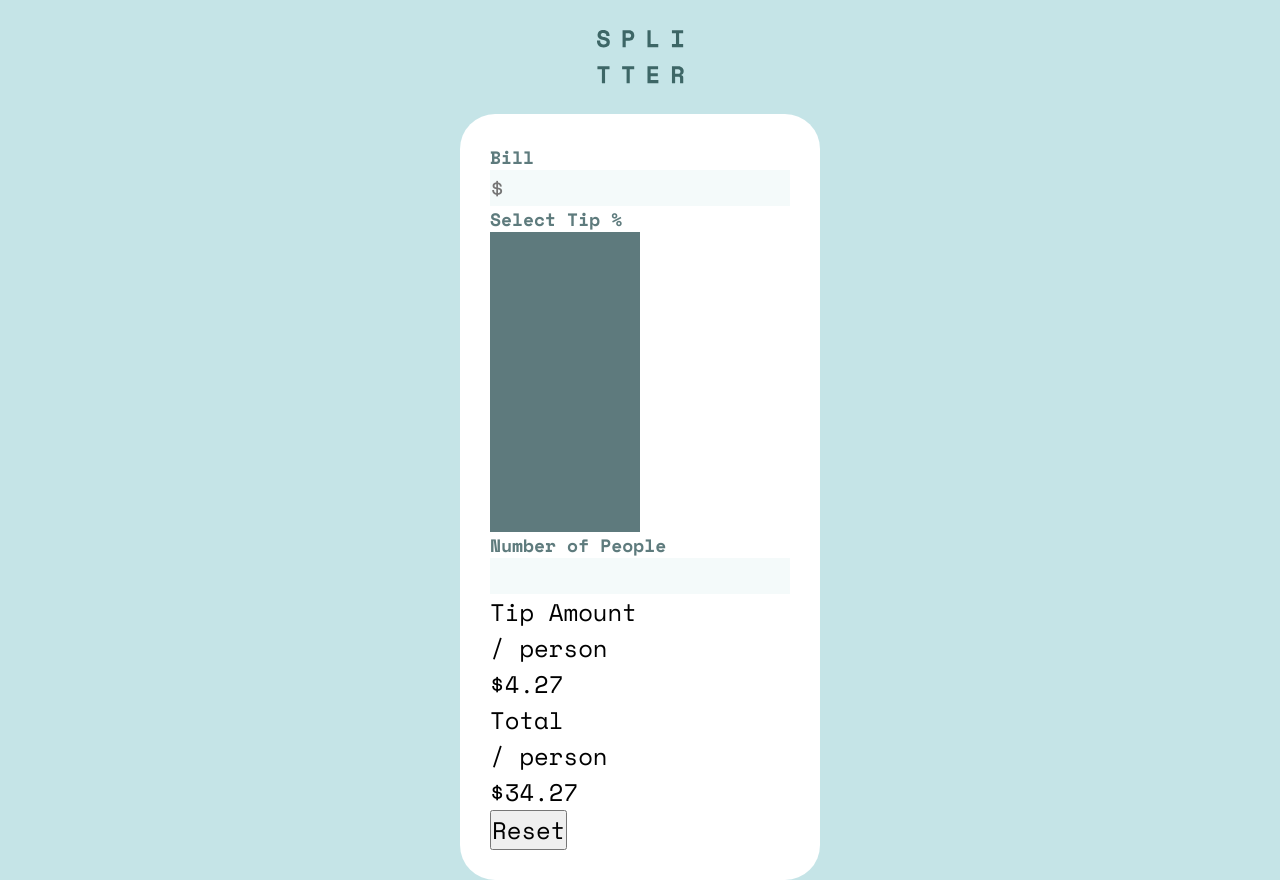
Repository: tomas938/tipcalculator
Page: /
These files come from the project's save history. The page is drawn as it stood at one moment and after the next save; the edit follows.
The browser window is 1280 px wide. The pictures show the whole page.
The project was rebuilt for these pictures with package versions that can differ from the ones it lists, and the page was loaded fresh each time.

Above is the page before, as saved 2021-08-03 22:08:35.

### src/App.vue
<template>
	<router-view />
</template>

<style lang="scss">
@import url("https://fonts.googleapis.com/css2?family=Space+Mono:wght@400;700&display=swap");
$strong-cyan: hsl(172, 67%, 45%);
$dark-cyan: hsl(186, 14%, 43%);
$grayish-cyan: hsl(184, 14%, 43%);
$lower-grayish-cyan: hsl(184, 14%, 56%);
$light-grayish-cyan: hsl(185, 41%, 84%);
$lighter-grayish-cyan: hsl(189, 41%, 97%);
$white: hsl(0, 0%, 100%);
* {
	margin: 0;
	padding: 0;
	box-sizing: border-box;
	font-family: "Space Mono", monospace;
	font-size: 24px;
}
body {
	background-color: hsl(185, 41%, 84%);
}
</style>

### src/views/Home.vue
<template>
	<div class="logo">
		<splitter></splitter>
	</div>
</template>

<script>
import Splitter from "../components/Splitter.vue";
export default {
	name: "Home",
	components: {
		Splitter,
	},
};
</script>
<style lang="scss" scoped></style>

### src/components/Splitter.vue
<template>
	<div class="splitter">
		<svg xmlns="http://www.w3.org/2000/svg" width="87" height="54">
			<path
				fill="#3D6666"
				d="M6.72 17.472c.944 0 1.792-.12 2.544-.36s1.392-.584 1.92-1.032a4.476 4.476 0 001.212-1.62c.28-.632.42-1.34.42-2.124v-.288c0-1.472-.464-2.584-1.392-3.336-.928-.752-2.272-1.288-4.032-1.608a14.615 14.615 0 01-1.74-.408c-.456-.144-.824-.308-1.104-.492-.28-.184-.476-.392-.588-.624a1.771 1.771 0 01-.168-.78c0-.56.232-1.004.696-1.332.464-.328 1.096-.492 1.896-.492.944 0 1.676.248 2.196.744.52.496.78 1.08.78 1.752v.576h3.168v-.864a5 5 0 00-.396-1.968 4.762 4.762 0 00-1.176-1.656C10.436 1.08 9.792.7 9.024.42 8.256.14 7.376 0 6.384 0c-.88 0-1.676.12-2.388.36s-1.32.576-1.824 1.008c-.504.432-.896.94-1.176 1.524-.28.584-.42 1.22-.42 1.908v.144c0 .832.144 1.536.432 2.112a3.978 3.978 0 001.212 1.44c.52.384 1.132.692 1.836.924.704.232 1.48.42 2.328.564.64.112 1.168.248 1.584.408.416.16.744.34.984.54s.408.424.504.672c.096.248.144.508.144.78 0 .576-.232 1.072-.696 1.488-.464.416-1.176.624-2.136.624-1.232 0-2.14-.3-2.724-.9-.584-.6-.876-1.404-.876-2.412v-.576H0v.72c0 .88.144 1.692.432 2.436a5.47 5.47 0 001.272 1.944c.56.552 1.26.984 2.1 1.296.84.312 1.812.468 2.916.468zm22-.336V10.8h3.408c.864 0 1.616-.144 2.256-.432a4.707 4.707 0 001.596-1.14 4.833 4.833 0 00.96-1.608c.216-.6.324-1.212.324-1.836v-.576c0-.608-.108-1.204-.324-1.788a4.625 4.625 0 00-.96-1.56A4.737 4.737 0 0034.384.756c-.64-.28-1.392-.42-2.256-.42h-6.576v16.8h3.168zm3.096-9.36H28.72V3.36h3.096c.704 0 1.26.192 1.668.576.408.384.612.88.612 1.488v.288c0 .608-.204 1.104-.612 1.488-.408.384-.964.576-1.668.576zm29.464 9.36v-3.024h-7.632V.336H50.48v16.8h10.8zm24.88 0v-3.024h-4.032V3.36h4.032V.336H74.928V3.36h4.032v10.752h-4.032v3.024H86.16zm-78.096 36V39.36h4.464v-3.024H.432v3.024h4.464v13.776h3.168zm24.688 0V39.36h4.464v-3.024H25.12v3.024h4.464v13.776h3.168zm28.624 0v-3.024h-7.728v-3.888H60.8V43.2h-7.152v-3.84h7.44v-3.024H50.48v16.8h10.896zm16.744 0V46.8h3.648c.464 0 .796.12.996.36.2.24.3.552.3.936v5.04h3.168v-5.808c0-.56-.164-1.024-.492-1.392-.328-.368-.772-.584-1.332-.648v-.432c.768-.32 1.336-.78 1.704-1.38a3.63 3.63 0 00.552-1.932v-.576c0-.64-.116-1.24-.348-1.8a4.332 4.332 0 00-1.008-1.476c-.44-.424-.988-.756-1.644-.996-.656-.24-1.416-.36-2.28-.36h-6.432v16.8h3.168zm3.024-9.36H78.12V39.36h3.024c.768 0 1.352.204 1.752.612.4.408.6.892.6 1.452v.288c0 .656-.2 1.164-.6 1.524-.4.36-.984.54-1.752.54z"
			/>
		</svg>
		<div class="calculator">
			<h3>Bill</h3>
			<input type="text" placeholder="$" />
			<h3>Select Tip %</h3>
			<div class="calculator__grid">
				<div class="calculator__grid__item item-1"></div>
				<div class="calculator__grid__item item-2"></div>
				<div class="calculator__grid__item item-3"></div>
				<div class="calculator__grid__item item-4"></div>
				<div class="calculator__grid__item item-5"></div>
				<div class="calculator__grid__item item-6"></div>
			</div>
			<h3>Number of People</h3>
			<input type="text" />
			<div class="calculator__result">
				<div class="result">
					<div class="information">
						<p>Tip Amount</p>
						<span>/ person</span>
					</div>
					<div class="price">
						<p>$4.27</p>
					</div>
				</div>
				<div class="result">
					<div class="information">
						<p>Total</p>
						<span>/ person</span>
					</div>
					<div class="price">
						<p>$34.27</p>
					</div>
				</div>
				<div class="result"></div>
				<button>Reset</button>
			</div>
		</div>
	</div>
</template>

<script>
export default {};
</script>

<style lang="scss" scoped>
.splitter {
	display: flex;
	flex-direction: column;
	align-items: center;
}
svg {
	margin: 30px 0;
}
.calculator {
	background-color: hsl(0, 0%, 100%);
	padding: 30px;
	border-radius: 35px;
	&__grid {
	}
	&__grid__item {
		width: 150px;
		height: 50px;
		background-color: hsl(186, 14%, 43%);
	}
}
input {
	border: none;
	outline: none;
	background-color: hsl(189, 41%, 97%);
}
h3 {
	font-size: 18px;
	color: hsl(184, 14%, 43%);
	font-weight: 700;
}
</style>

Loaded but not shown: public/index.html (common file); src/main.js (common file); src/router/index.js (common file)

After the next save:
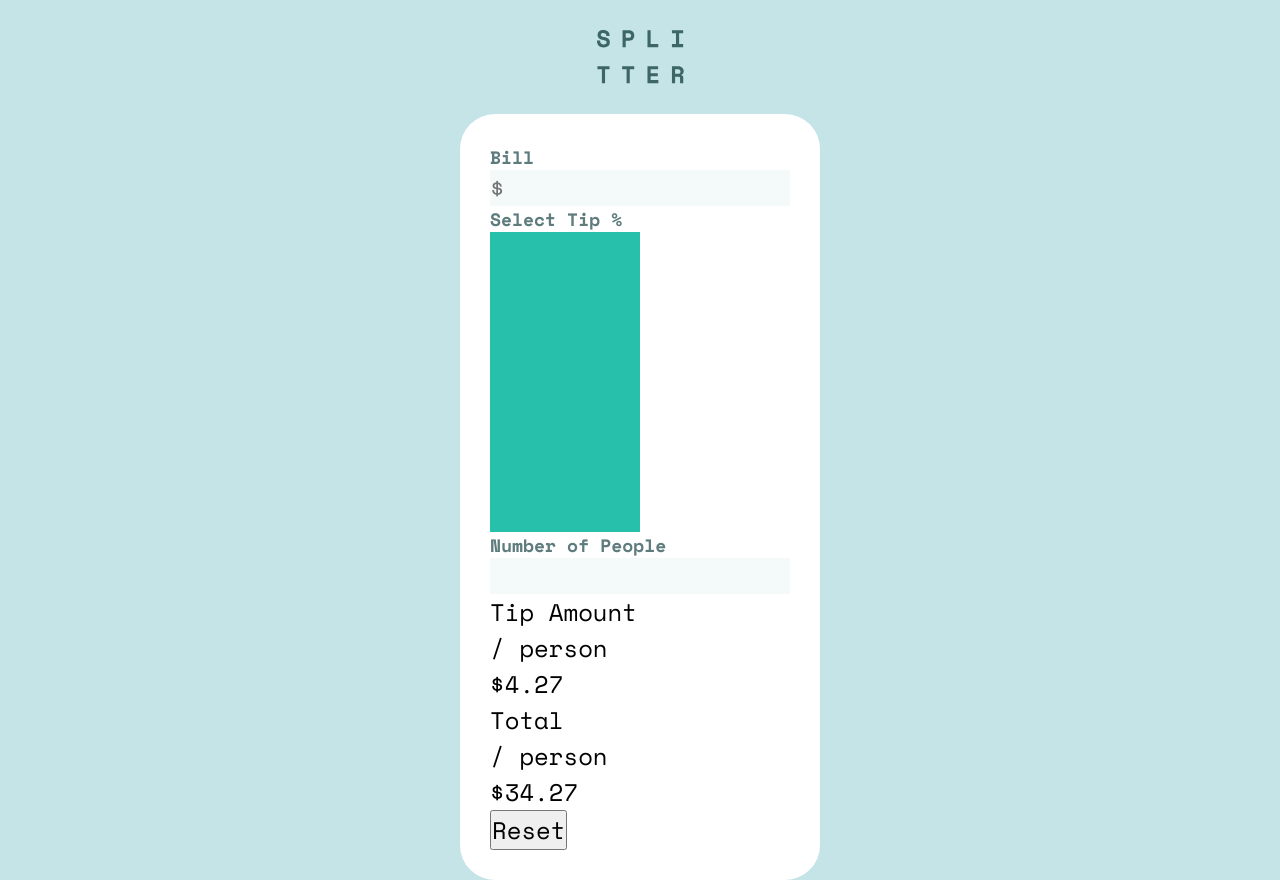
Saved 14 s later.
--- a/src/components/Splitter.vue
+++ b/src/components/Splitter.vue
@@ -68,7 +68,7 @@
 	&__grid__item {
 		width: 150px;
 		height: 50px;
-		background-color: hsl(186, 14%, 43%);
+		background-color: hsl(172, 67%, 45%);
 	}
 }
 input {

After the save that followed:
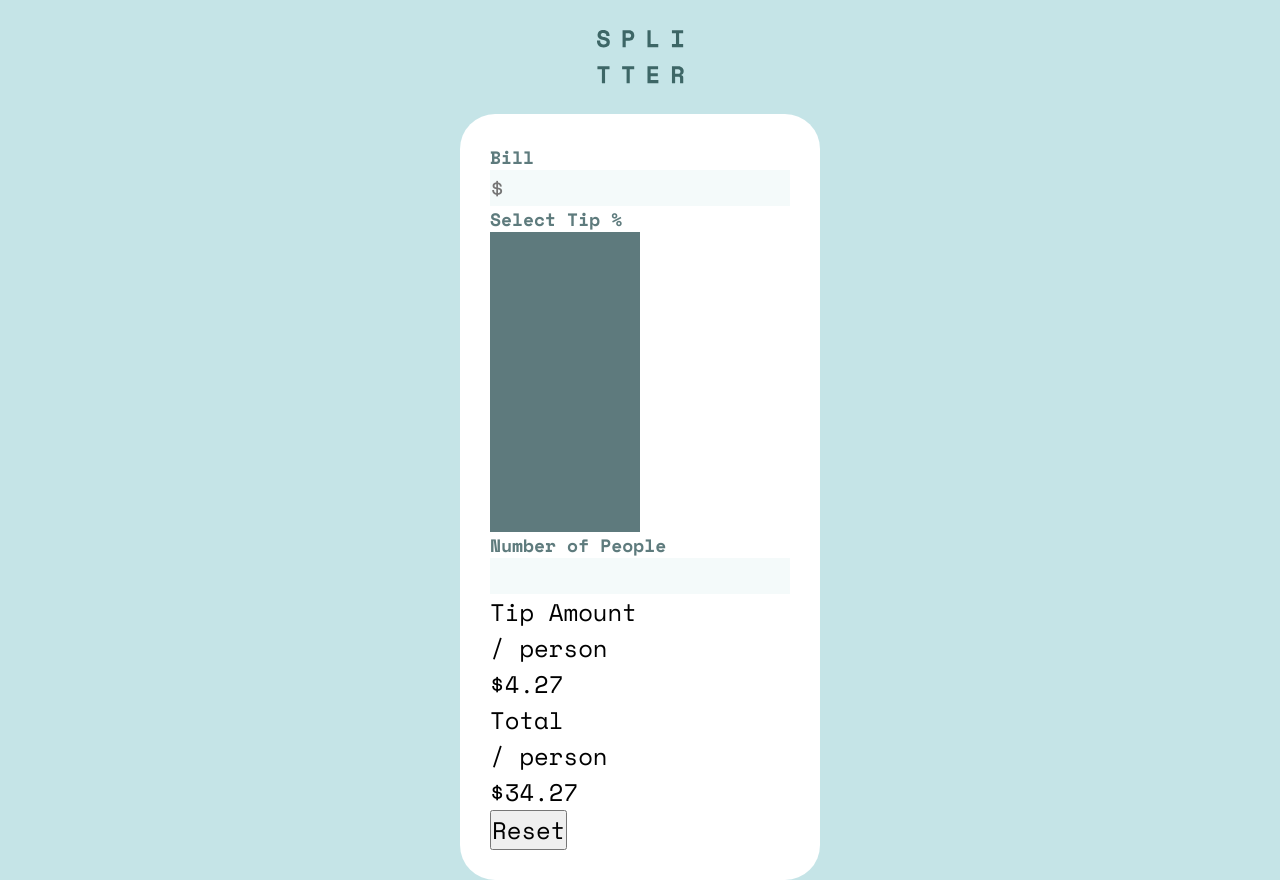
Saved 19 s later.
--- a/src/components/Splitter.vue
+++ b/src/components/Splitter.vue
@@ -68,7 +68,7 @@
 	&__grid__item {
 		width: 150px;
 		height: 50px;
-		background-color: hsl(172, 67%, 45%);
+		background-color: hsl(186, 14%, 43%);
 	}
 }
 input {
